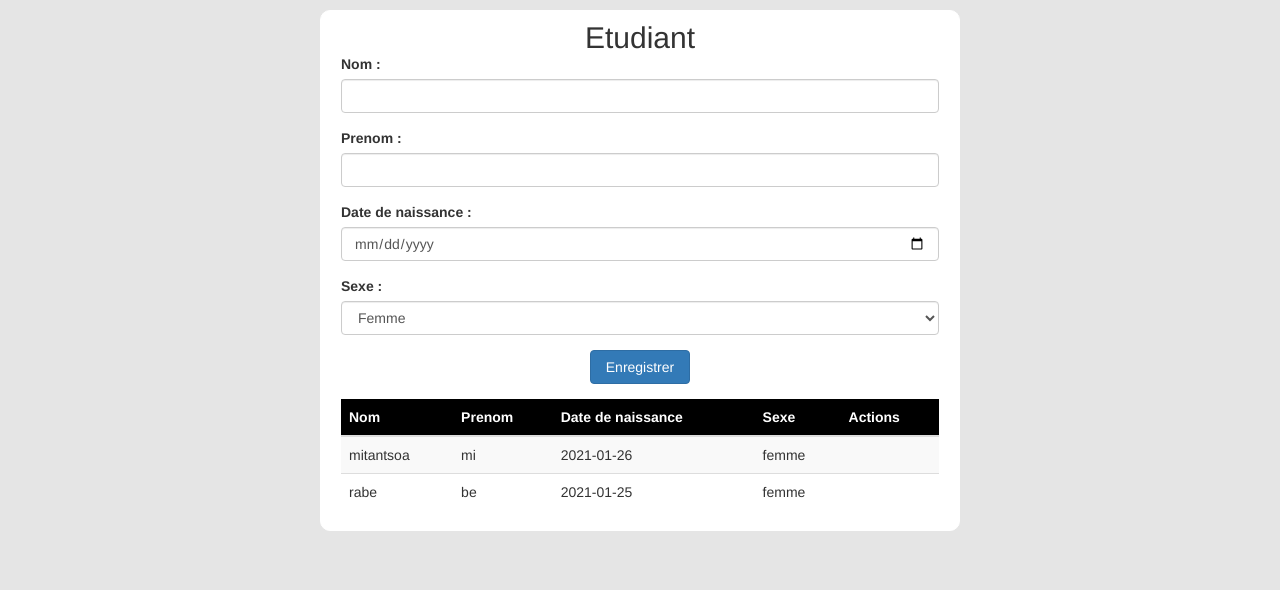
Repository: mitantsoa1/CRUD-note
Page: http://localhost/
An editor plug-in stored every save of this project. The page is shown before and after the next save, followed by the edit.
The browser window is 1280 px wide. The pictures show the whole page.
The page is run by PHP 8.4 with error messages shown; the project is at /var/www/html/. The database holds what the project's SQL file puts in it.

Above is the page before, as saved 2021-02-11 17:21:32.
Console error: SyntaxError: Unexpected token '<'

### index.php
<?php

require_once ("Controls/Controllers.class.php");
// require_once ("Models/Database.class.php");
// Database::init("localhost","stage","root","");

if(isset($_GET['action'])){
    if(method_exists("Controllers",$_GET['action'])){
        $reflect = new ReflectionMethod("Controllers",$_GET['action']);
        $class = "Controllers";
        $reflect -> invoke(new $class);
    }else{
        Controllers::loadView("erreur.php");
    }
}else{
    Controllers::loadView("indexView.php");
}

?>

### Controls/Controllers.class.php
<?php
	class Controllers{

		public static function loadView($page){
			$page = htmlspecialchars(trim($page)) ;
			include("Views/".$page) ;
		}
		public function index(){
			Controllers::loadView("indexView");
		}
		// pour inclure les portions de page
		public static function includeTemplate($template)
		{
			$template = htmlspecialchars(trim($template));
			include "Views/template_parts/" . $template;
		}
		// inclure du JavaScript
		public static function includeJS($fields)
		{
			$script = "";
			for ($i = 0; $i < count($fields) - 1; $i++) {
				$code = htmlspecialchars(trim($fields[$i]));
				$script .= '<script src="Publics/js/' . $code . '.js"></script>' . "\n\t";
			}
			if ($i == count($fields) - 1) {
				$code = htmlspecialchars(trim($fields[count($fields) - 1]));
				$script .= '<script src="Publics/js/' . $code . '.js"></script>' . "\n";
			}
			echo $script;
		}
		// inclure du CSS
		public static function includeCSS($fields)
		{
			$css = "";
			for ($i = 0; $i < count($fields) - 1; $i++) {
				$code = htmlspecialchars(trim($fields[$i]));
				$css .= '<link rel="stylesheet" href="Publics/css/' . $code . '.css">' . "\n\t";
			}
			if ($i == count($fields) - 1) {
				$code = htmlspecialchars(trim($fields[count($fields) - 1]));
				$css .= '<link rel="stylesheet" href="Publics/css/' . $code . '.css">' . "\n";
			}
			echo $css;
		}
	}

 ?>

### Views/indexView.php
<!DOCTYPE html>
<html lang="en">
<head>
    <meta charset="UTF-8">
    <meta name="viewport" content="width=device-width, initial-scale=1.0">
    <title>Document</title>
    <!-- <link rel="stylesheet" href="https://cdnjs.cloudflare.com/ajax/libs/font-awesome/5.15.2/css/all.min.css" integrity="sha512-HK5fgLBL+xu6dm/Ii3z4xhlSUyZgTT9tuc/hSrtw6uzJOvgRr2a9jyxxT1ely+B+xFAmJKVSTbpM/CuL7qxO8w==" crossorigin="anonymous" /> -->
    <!-- <link rel="stylesheet" href="https://maxcdn.bootstrapcdn.com/bootstrap/4.0.0/css/bootstrap.min.css" integrity="sha384-Gn5384xqQ1aoWXA+058RXPxPg6fy4IWvTNh0E263XmFcJlSAwiGgFAW/dAiS6JXm" crossorigin="anonymous"> -->

    <?php
Controllers::includeCSS(["all","bootstrap.min","sweetalert2.min","style"]);
?>
</head>
<body>
    <div class="container content">
            <h2 class="text-center titre">Etudiant</h2>
        <form class="form-group myForm" id="formulaire">
            <input type="hidden" id="id">
            <div class="form-group">
                <label for="">Nom :</label>
                <input type="text" class="form-control obligatoire" id="nom">
            </div>
            <div class="form-group">
                <label for="">Prenom :</label>
                <input type="text" class="form-control obligatoire" id="prenom">
            </div>
            <div class="form-group">
                <label for="">Date de naissance :</label>
                <input type="date" class="form-control obligatoire" id="dtn">
            </div>
            <div class="form-group">
                <label for="">Sexe :</label>
                <select name="" id="sexe" class="form-control">
                    <option value="femme">Femme</option>
                    <option value="homme">Homme</option>
                </select>
            </div>

            <a href="#" id="btn_enregistrer" class="btn btn-primary boutton">Enregistrer</a>
            <a href="#" id="btn_modification" class="hide btn btn-success">Modifier</a>
            <a href="#" id="btn_annuler" class="hide btn btn-info hide">Annuler</a>
        </form>
        <div class="affichage_etudiant">

        </div>
    </div>

    <?php
Controllers::includeJS(["jquery","bootstrap.min","all","sweetalert2.min","main","function"]);
?>
    <!-- <script defer src="https://use.fontawesome.com/releases/v5.0.2/js/all.js"></script> -->
<!-- <script>

</script> -->
</body>
</html>

### Views/erreur.php
<!DOCTYPE html>
<html lang="fr">
<head>
    <meta charset="UTF-8">
    <meta name="viewport" content="width=device-width, initial-scale=1.0">
    <title>Page invalide</title>
</head>
<body>
    <h1>ERROR 404</h1>

        <p>Cette page n'est pas disponible</p>
</body>
</html>

### Controls/ajax.php
<?php
    include("../Models/Database.class.php");
    header('Content-type: application/json');
    $db = new Database();

    if(isset($_POST['data'])){
        $tab = $db->select("etudiant")
                ->execute();
        echo json_encode($tab);
    }

    if(isset($_POST['nom'])){
        $nom = htmlspecialchars(trim($_POST['nom']));
        $prenom = htmlspecialchars(trim($_POST['prenom']));
        $dtn = htmlspecialchars(trim($_POST['date_naissance']));
        $sexe = $_POST['sexe'];

        $db->insert("etudiant")
            ->parametters(["nom","prenom","date_de_naissance","sexe"])
            ->execute([$nom,$prenom,$dtn,$sexe]);
        echo json_encode("ok");
    }

    if(isset($_POST['id_effacer'])){
        $db->delete("etudiant")
            ->where("id","=")
            ->execute([$_POST['id_effacer']]);
        echo json_encode("effacer");
    }

    if(isset($_POST['id_modifier'])){
        $tab=$db->select("etudiant")
            ->where("id","=")
            ->execute([$_POST['id_modifier']]);
        echo json_encode($tab);
    }
    if(isset($_POST['nom_modif'])){
        $nom = htmlspecialchars(trim($_POST['nom_modif']));
        $prenom = htmlspecialchars(trim($_POST['prenom']));
        $dtn = htmlspecialchars(trim($_POST['date_naissance']));
        $sexe = $_POST['sexe'];

        $db->update("etudiant")
            ->parametters(["nom","prenom","date_de_naissance","sexe"])
            ->execute([$nom,$prenom,$dtn,$sexe]);
        echo json_encode("ok");
    }


?>

### Models/Database.class.php
<?php
class Database{
	private $query,$nombreParam, $lastTable;
	private static $conn,$host,$base,$user,$pass,$port ;
		// bd = new PDO("mysql:host=localhost;dbname=nom","user","pass")
		// initialisation
	public static function init($hote,$base,$port,$user,$pass) {
		self::$host=htmlspecialchars(trim($hote)) ;
		self::$base=htmlspecialchars(trim($base)) ;
		self::$user=htmlspecialchars(trim($user)) ;
		self::$pass=htmlspecialchars(trim($pass)) ;

	}
	public static function db() {
		$options = array(PDO::MYSQL_ATTR_INIT_COMMAND => 'SET NAMES utf8',
);


		$url ="mysql:host=".self::$host.";port=".self::$port.";dbname=".self::$base;
		if(!isset(self::$conn)) {
			self::$conn = new PDO($url,self::$user,self::$pass,$options);
		}
		return self::$conn ;

	}
		// execution du requete
	public function execute($value=null) {

			// tester s'il y des trous dans les requetes
			// si c'est une requete de selection
		if (strpos($this->query,"SELECT")>-1) {

			if (strpos($this->query,"?")>-1 ){
				$req = self::db()->prepare($this->query) ;
				$req->execute($value) ;
			}
			else {
				$req = self::db()->query($this->query) ;
			}


			return $req->fetchAll(PDO::FETCH_OBJ);
		}
		else {
			if (strpos($this->query,"?")>-1 ){
				$req = self::db()->prepare($this->query) ;
				$req->execute($value) ;

			}
			else {
				self::db()->query($this->query) ;
			}


			return 0 ;
		}



	}
	public function getQuery() {
		return $this->query ;
	}
	public function select($table){
		$table=htmlspecialchars(trim($table)) ;
		$this->query = "SELECT * FROM ".$table ;
		$this->lastTable =$table ;
		return $this ;
	}
	public function where($id,$operateur){
		$this->query .= " WHERE ".$id."".$operateur."?";

		return $this ;
	}
	public function et($id,$operateur) {
		$this->query .= " AND ".$id."".$operateur."?";

		return $this ;
	}
	public function ou($id,$operateur) {
		$this->query .= " OR ".$id."".$operateur."?";

		return $this ;
	}
		// insertion
	public function insert($table) {
		$this->query="INSERT INTO ".$table ;
		return $this ;
	}
	// mise à jours
	public function update($table) {
		$this->query="UPDATE ".$table ;
		return $this ;
	}
	public function parametters($fields) {
		if (strpos($this->query,"INSERT")>-1){
			// insertion
			$listeFields="(" ;
			$valeur="VALUES (" ;
			for ($i=0; $i <count($fields) ; $i++) {
				$listeFields.=$fields[$i]."," ;
				$valeur.="?," ;
			}

			$listeFields=trim($listeFields,",").")" ;

			$valeur=trim($valeur,",").")" ;
			$this->query.=" ".$listeFields ;
			$this->query.=" ".$valeur ;
		}
		else if (strpos($this->query,"UPDATE")>-1){
			$listeFields="SET " ;
			for ($i=0; $i <count($fields); $i++) {
				$listeFields.=$fields[$i]."=?," ;
			}
			$listeFields=trim($listeFields,",") ;
			$this->query.=" ".$listeFields ;
		}

		return $this ;
	}

		// suppréssion
	public function delete($table) {
		$table=htmlspecialchars(trim($table)) ;
		$this->query=" DELETE FROM ".$table;
		return $this ;
	}
	public function order($param) {
		$this->query.=" ORDER BY " ;
		$listeOrder="" ;
		foreach ($param as $key => $value) {
			$listeOrder.=$key. " ".$value."," ;
		}
		$listeOrder=trim($listeOrder,",") ;
		$this->query.=$listeOrder ;
		return $this ;
	}
	public function inner($table2,$id1) {
		$table2=htmlspecialchars(trim($table2)) ;
		$id1= htmlspecialchars(trim($id1)) ;

		$this->query.=" INNER JOIN ".$table2." ON ".$this->lastTable.".".$id1."=".$table2.".".$id1 ;
		$this->lastTable=$table2;
		return $this;
	}
	// inner join id différent
	public function innerD($table2,$id1,$id2) {
		$table2=htmlspecialchars(trim($table2)) ;
		$id1= htmlspecialchars(trim($id1)) ;

		$this->query.=" INNER JOIN ".$table2." ON ".$this->lastTable.".".$id1."=".$table2.".".$id2 ;
		$this->lastTable=$table2;
		return $this;
	}
	public function sum($table,$fields) {
		$fields = htmlspecialchars(trim($fields)) ;
		$table = htmlspecialchars(trim($table)) ;
		$this->query="SELECT SUM(".$fields.") AS somme FROM ".$table ;
		return $this ;
	}
	// selection avec paramètre
	public function selectParam($table,$listeFields) {
		$reqBase ="SELECT " ;
		for ($i=0; $i <count($listeFields) ; $i++) {
			$reqBase.=$listeFields[$i]."," ;
		}
		$this->query = trim($reqBase,",")." FROM ".$table;
		return $this ;


	}
	public function customSelect($requete) {
		$req = self::db()->query($requete) ;

		return $req->fetchAll(PDO::FETCH_OBJ);
	}

}
	Database::init("localhost","scolarite","3306","root","");

?>

### Publics/css/style.css
body {
    margin: 0;
    padding: 0;
    background: rgba(0, 0, 0, .1);
}

.content {
    width: 50vw;
    min-width: 300px;
    background: white;
    padding: 10px 20px 0 !important;
    margin: 10px auto;
    border: white 1px solid !important;
    border-radius: 10px !important;
}

.content .titre {
    padding: 0;
    margin: 0;
}

.boutton {
    display: block;
    margin: 0 auto;
    width: 100px;
}

#btn_modification {
    margin-left: 30%;
}

.table_etudiant {
    position: relative;
    height: auto;
    max-height: 150px;
    overflow: auto;
}

.table_etudiant thead {
    position: sticky;
    top: 0;
    background: black;
    color: white;
}

### Publics/js/main.js
$(document).ready(function() {
    function selectionAll() {
        $.ajax({
            url: "Controls/ajax.php",
            type: "POST",
            data: "data=data",
            datatype: "json",
            success: function(data) {
                if (data.length > 0) {
                    var table_affichage = "<div class='table_etudiant'> <table class='table table-striped  m-t-10' style='position: relative !important;'><thead style='position: sticky !important;z-index: 1000;'><th>Nom</th><th>Prenom</th><th>Date de naissance</th><th>Sexe</th><th>Actions</th></thead><tbody>";
                    for (var i = 0; i < data.length; i++) {
                        table_affichage = table_affichage + "<tr><td>" + data[i].nom + "</td><td>" + data[i].prenom + "</td><td>" + data[i].date_de_naissance + "</td><td>" + data[i].sexe + "</td><td><a href='#' class=' glyph'  data-toggle='tooltip' data-placement='bottom' title='effacer' onclick='effacer(" + data[i].id + ")'> <i class='fa fa-trash'></i></a><a href='#' class='glyph' data-toggle='tooltip'  data-placement='bottom' title='modifier' onclick='modifier(" + data[i].id + ")'> <i class='fa fa-edit'></i></a>";
                    }
                    table_affichage = table_affichage + "</td></tr></tbody></table></div>";

                    $('.affichage_etudiant').html(table_affichage);
                } else {
                    $('.affichage_etudiant').html("<h3>Il n'y a pas d'etudiant</h3>");
                }

            }
        })
    }
    selectionAll();

    $('#btn_enregistrer').on('click', function() {
        var $nom = $('#nom').val();
        var $prenom = $('#prenom').val();
        var $dtn = $('#dtn').val();
        var $sexe = $('#sexe').val();

        var data = "nom=" + $nom + "&prenom=" + $prenom + "&date_naissance=" + $dtn + "&sexe=" + $sexe;
        $.ajax({
            url: "Controls/ajax.php",
            type: "POST",
            data: data,
            datatype: "json",
            success: function(data) {
                if (data == "ok") {
                    Swal.fire({
                        position: "center",
                        icon: "success",
                        title: "succes!"
                    });
                    selectionAll();
                    $('#nom').val("");
                    $('#prenom').val("");
                    $('#dtn').val("");
                    $('#sexe').val("");
                }

            }
        })
    })


});

### Publics/js/function.js
function selectionAll() {
    $.ajax({
        url: "Controls/ajax.php",
        type: "POST",
        data: "data=data",
        datatype: "json",
        success: function(data) {
            if (data.length > 0) {
                var table_affichage = "<div class='table_etudiant'> <table class='table table-striped  m-t-10' style='position: relative !important;'><thead style='position: sticky !important;z-index: 1000;'><th>Nom</th><th>Prenom</th><th>Date de naissance</th><th>Sexe</th><th>Actions</th></thead><tbody>";
                for (var i = 0; i < data.length; i++) {
                    table_affichage = table_affichage + "<tr><td>" + data[i].nom + "</td><td>" + data[i].prenom + "</td><td>" + data[i].date_de_naissance + "</td><td>" + data[i].sexe + "</td><td><a href='#' class=' glyph'  data-toggle='tooltip' data-placement='bottom' title='effacer' onclick='effacer(" + data[i].id + ")'> <i class='fa fa-trash'></i></a><a href='#' class='glyph' data-toggle='tooltip'  data-placement='bottom' title='modifier' onclick='modifier(" + data[i].id + ")'> <i class='fa fa-edit'></i></a>";
                }
                table_affichage = table_affichage + "</td></tr></tbody></table></div>";

                $('.affichage_etudiant').html(table_affichage);
            } else {
                $('.affichage_etudiant').html("Il n'y a pas d'etudiant");
            }

        }
    })
}

function effacer(id) {
    $.ajax({
        url: "Controls/ajax.php",
        type: "POST",
        data: "id_effacer=" + id,
        datatype: "json",
        success: function(data) {
            if (data == "effacer") {
                Swal.fire({
                    position: "center",
                    icon: "success",
                    title: "Effacé!"
                });
                selectionAll();
            }

        }
    })
}

function modifier(id) {
    $.ajax({
        url: "Controls/ajax.php",
        type: "POST",
        data: "id_modifier=" + id,
        datatype: "json",
        success: function(data) {
            if (data != "") {
                $('#id').val(data[0].id);
                $('#nom').val(data[0].nom);
                $('#prenom').val(data[0].prenom);
                $('#dtn').val(data[0].date_de_naissance);
                $('#sexe').val(data[0].sexe);

                $('#btn_enregistrer').addClass('hide');
                $('#btn_modification').removeClass('hide');
                $('#btn_annuler').removeClass('hide');
            }

        }
    })
}
$('#btn_modification').on('click', function() {
    var $nom = $('#nom').val();
    var $prenom = $('#prenom').val();
    var $dtn = $('#dtn').val();
    var $sexe = $('#sexe').val();

    var data = "nom_modif=" + $nom + "&prenom=" + $prenom + "&date_naissance=" + $dtn + "&sexe=" + $sexe;
    $.ajax({
        url: "Controls/ajax.php",
        type: "POST",
        data: data,
        datatype: "json",
        success: function(data) {
            if (data == "ok") {
                Swal.fire({
                    position: "center",
                    icon: "success",
                    title: "Modifié!"
                });
                selectionAll();
                $('#nom').val("");
                $('#prenom').val("");
                $('#dtn').val("");
                $('#sexe').val("");

                $('#btn_enregistrer').removeClass('hide');
                $('#btn_modification').addClass('hide');
                $('#btn_annuler').addClass('hide');
            }

        }
    })
})

### scolarite.sql (the tables this page reads)
CREATE TABLE IF NOT EXISTS `etudiant` (
  `id` int(11) NOT NULL AUTO_INCREMENT,
  `nom` varchar(255) NOT NULL,
  `prenom` varchar(255) NOT NULL,
  `date_de_naissance` date NOT NULL,
  `sexe` varchar(30) NOT NULL,
  PRIMARY KEY (`id`)
) ENGINE=MyISAM AUTO_INCREMENT=9 DEFAULT CHARSET=utf8;

INSERT INTO `etudiant` (`id`, `nom`, `prenom`, `date_de_naissance`, `sexe`) VALUES
(5, 'mitantsoa', 'mi', '2021-01-26', 'femme'),
(8, 'rabe', 'be', '2021-01-25', 'femme');

Loaded but not shown: Publics/css/all.css (library); Publics/css/bootstrap.min.css (library); Publics/css/sweetalert2.min.css (library); Publics/js/jquery.js (library); Publics/js/bootstrap.min.js (library)

After the next save:
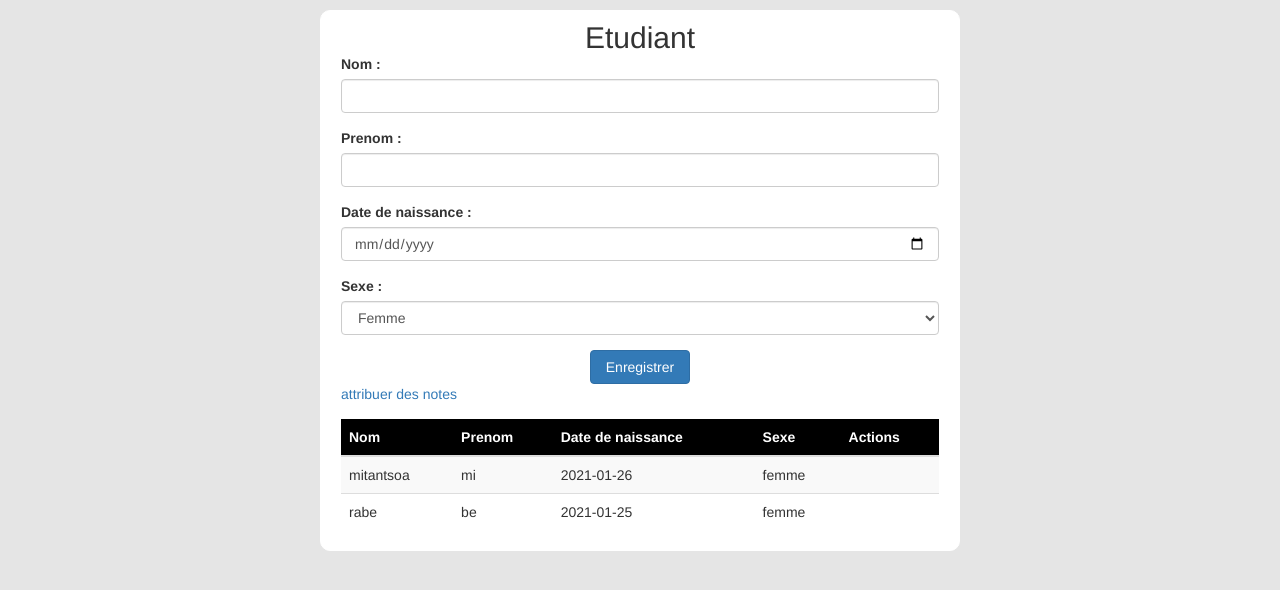
Saved 16 min 4 s later.
--- a/Views/indexView.php
+++ b/Views/indexView.php
@@ -39,6 +39,7 @@ Controllers::includeCSS(["all","bootstrap.min","sweetalert2.min","style"]);
             <a href="#" id="btn_enregistrer" class="btn btn-primary boutton">Enregistrer</a>
             <a href="#" id="btn_modification" class="hide btn btn-success">Modifier</a>
             <a href="#" id="btn_annuler" class="hide btn btn-info hide">Annuler</a>
+            <a href="note">attribuer des notes</a>
         </form>
         <div class="affichage_etudiant">
 
